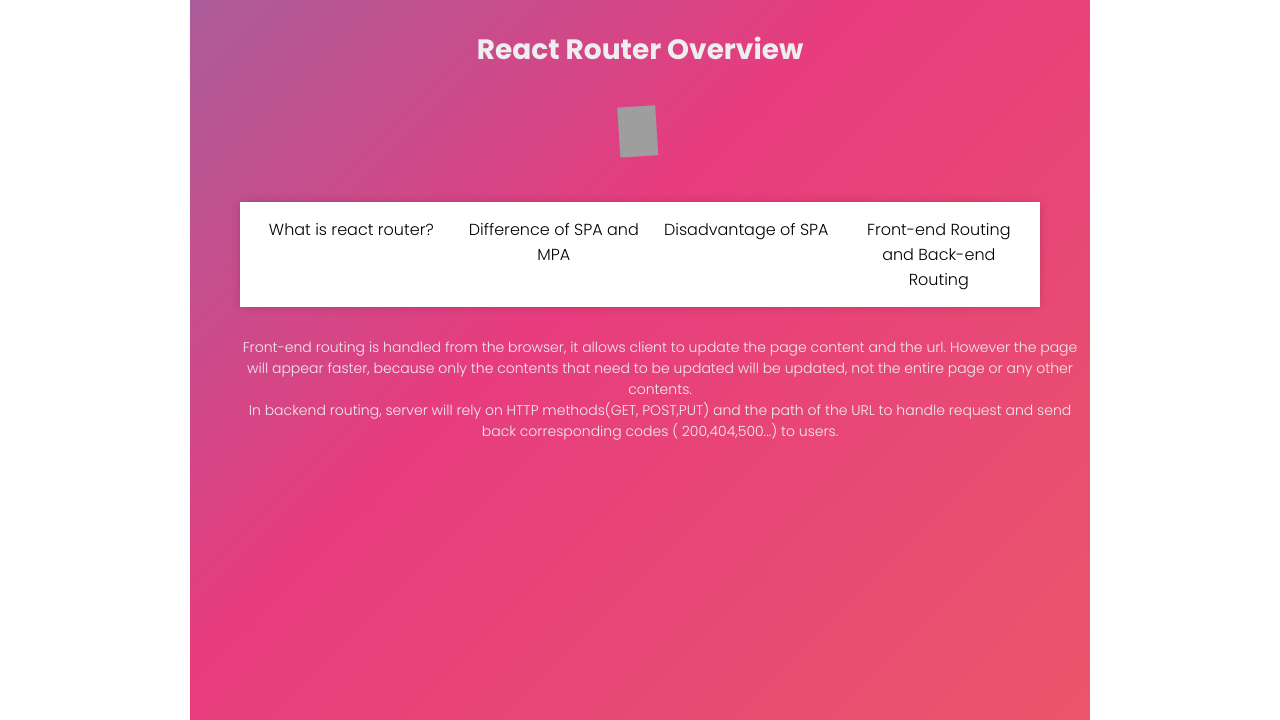
Repository: nguy3nds/2021-18-9-react
Page: /Tung
These files come from the project's save history. The page is drawn as it stood at one moment and after the next save; the edit follows.
The browser window is 1280 px wide. The pictures show the whole page.
Pictures or frames that could not be fetched are drawn as grey boxes. The project was rebuilt for these pictures with package versions that can differ from the ones it lists, and the page was loaded fresh each time. Also part of the build but not shown: src/components/What.js, src/components/Why.js, src/components/How.js.

Above is the page before, as saved 2021-09-19 22:42:13.

After the next save:
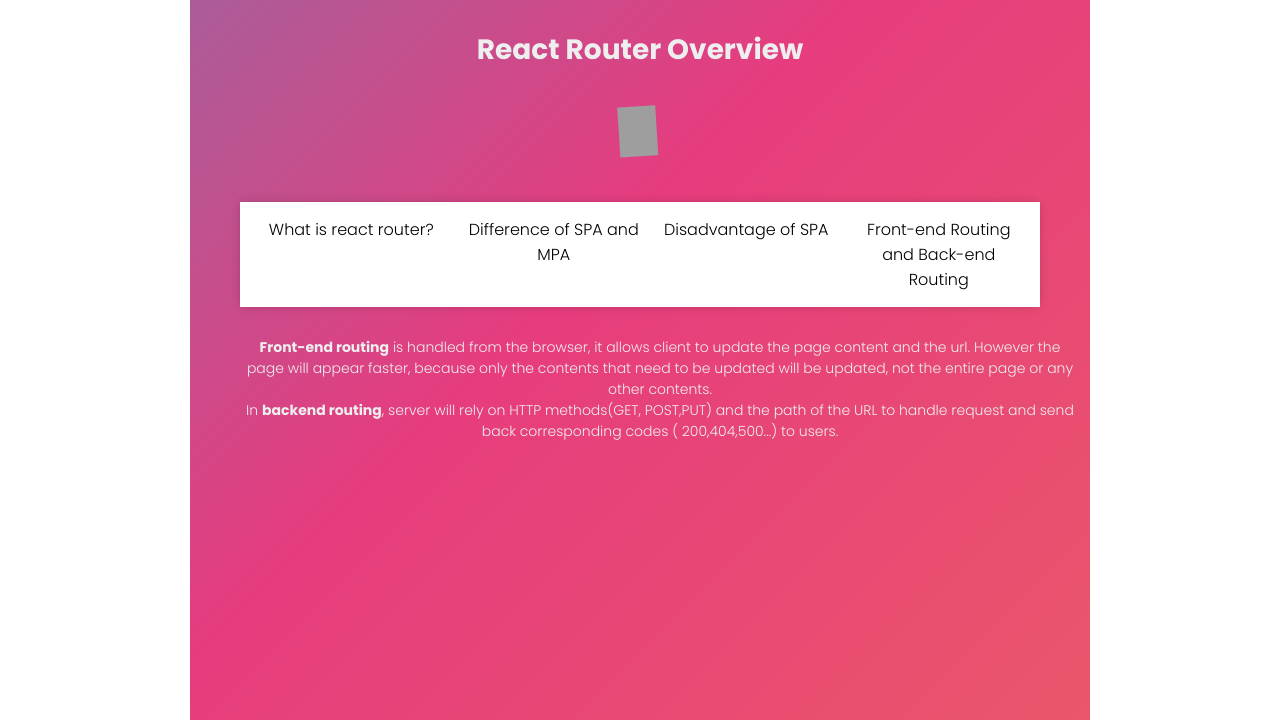
Saved 36 s later.
--- a/src/components/Tung.js
+++ b/src/components/Tung.js
@@ -3,15 +3,15 @@ export default function Tung() {
     <div>
       <ul>
         <li>
-          Front-end routing is handled from the browser, it allows client to
-          update the page content and the url. However the page will appear
+          <b>Front-end routing</b> is handled from the browser, it allows client
+          to update the page content and the url. However the page will appear
           faster, because only the contents that need to be updated will be
           updated, not the entire page or any other contents.
         </li>
         <li>
-          In backend routing, server will rely on HTTP methods(GET, POST,PUT)
-          and the path of the URL to handle request and send back corresponding
-          codes ( 200,404,500...) to users.
+          In <b>backend routing</b>, server will rely on HTTP methods(GET,
+          POST,PUT) and the path of the URL to handle request and send back
+          corresponding codes ( 200,404,500...) to users.
         </li>
       </ul>
     </div>
